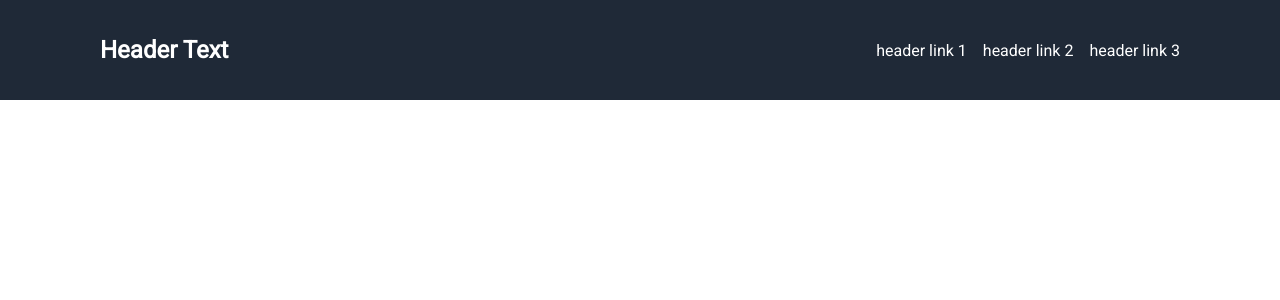
Repository: aaronestre/odin-landingpage
Page: index.html
An editor plug-in stored every save of this project. The page is shown before and after the next save, followed by the edit.
The browser window is 1280 px wide. The pictures show the whole page.

Above is the page before, as saved 2025-02-12 19:51:03.

### index.html
<!DOCTYPE html>
<html lang="en">
    <head>
        <meta charset="UTF-8" />
        <meta http-equiv="X-UA-Compatible" content="IE=edge" />
        <meta name="viewport" content="width=device-width, initial-scale=1.0" />
        <link rel="stylesheet" href="index.css" />
        <link
            href="http://fonts.googleapis.com/css?family=Roboto"
            rel="stylesheet"
            type="text/css"
        />
        <style>
            body {
                font-family: "Roboto", sans-serif;
            }
        </style>
        <title>Odin Landing Page</title>
    </head>
    <body>
        <div class="header">
            <h1>Header Text</h1>
            <div class="header-right">
                <p>header link 1</p>
                <p>header link 2</p>
                <p>header link 3</p>
            </div>
        </div>
    </body>
</html>

### index.css
* {
    margin: 0;
    padding: 0;
    box-sizing: border-box;
}

.header {
    background-color: #1f2937;
    margin: 0px;
    width: 100%;
    height: 100px;
    color: white;
    font-family: Roboto;
    display: flex;
    justify-content: space-between;
    align-items: center;
}

.header h1 {
    margin-left: 100px;
    font-size: 24px;
}

.header-right {
    margin-right: 100px;
    display: flex;
    justify-content: flex-end;
    gap: 16px;
}

After the next save:
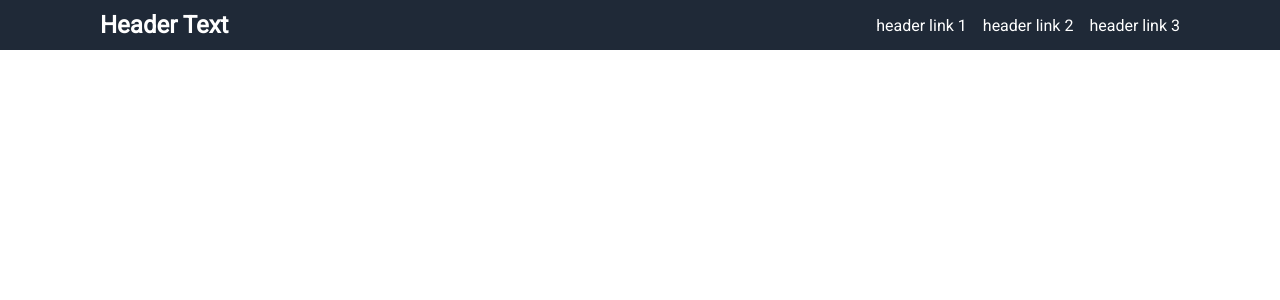
Saved 6 s later.
--- a/index.css
+++ b/index.css
@@ -8,7 +8,7 @@
     background-color: #1f2937;
     margin: 0px;
     width: 100%;
-    height: 100px;
+    height: 50px;
     color: white;
     font-family: Roboto;
     display: flex;
